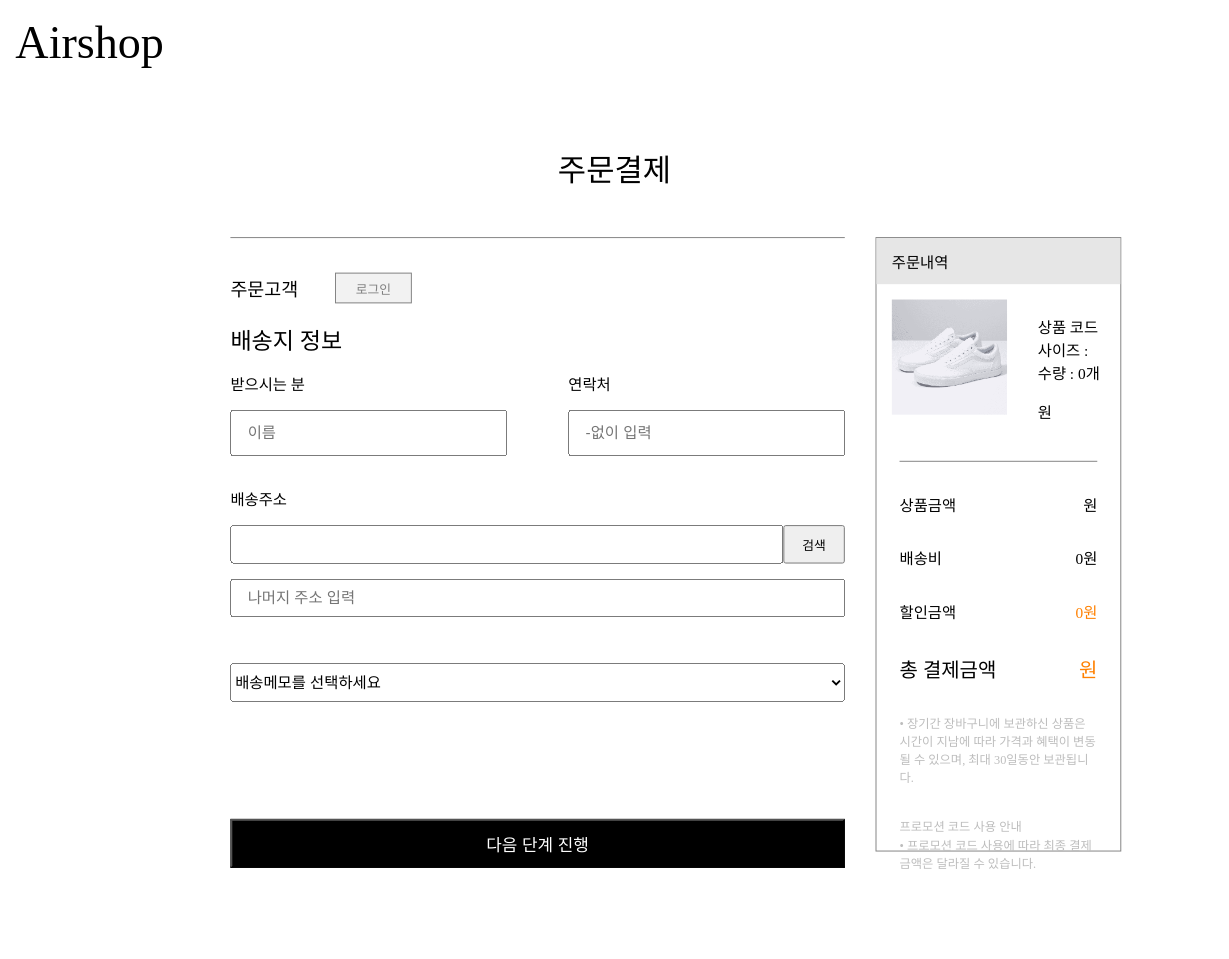
Repository: seungsu12/carrot
Page: http://localhost/carrot/orderform.jsp
These files come from the project's save history. The page is drawn as it stood at one moment and after the next save; the edit follows.
The browser window is 1280 px wide. The pictures show the whole page, at 96% of full size.
The page is served by Tomcat 9. Other server files are loaded and not shown. Queries for data that is not in the repository find no rows.

Above is the page before, as saved 2021-10-03 06:20:46.

### carrot/WebContent/orderform.jsp
<%@page import="com.carrot.beans.ShoesVO"%>
<%@page import="com.carrot.beans.ShoesDAO"%>
<%@page import="com.carrot.beans.orderVO"%>
<%@ page language="java" contentType="text/html; charset=UTF-8"
    pageEncoding="UTF-8"%>
<%@ taglib prefix="fmt" uri="http://java.sun.com/jsp/jstl/fmt" %>

<!DOCTYPE html>
<html>
<head>
<meta charset="UTF-8">
<title>주문하기</title>
<link href="css/style.css?v=2" rel="stylesheet" type="text/css" />
<style>

</style>
	<jsp:useBean id="orderVO" class="com.carrot.beans.orderVO"/>
	<jsp:setProperty property="*" name="orderVO"/>
</head>
	<script>
		function test(){
			alert('test');
		}
	</script>
<%
	ShoesDAO dao = ShoesDAO.getInstance();
	ShoesVO vo = dao.getShoesOne(orderVO.getShoes_id()+"");
	System.out.println("count : " + orderVO.getCount());
	System.out.println("size : " +orderVO.getSize());
	request.setAttribute("shoesVO", vo);
%>
<body>
	<div class="nav_title">
		<div class ="nav_title_logo">
			<a href="main.jsp">Airshop</a>
		</div>
	</div>
	<div class="order_form_wrapper">
		<div class="order_title center">
			<span>주문결제</span>
		</div>
		<div class="order_form">
			<div class="order_main order_main_content">

				<div class="order_main_title order_main_content">
					<span>주문고객</span>
					<button class="order_main_login">로그인</button>
				</div>
				<div class="order_form_content">
					<jsp:include page="order_form_second.jsp"/>
				</div>
			</div>

			<div class="order_aside">
				<div class="order_aside_title">
					주문내역
				</div>
				<div class="order_aside_content">
					<div class="order_aside_content_img">
						<img src="img/shoe_1.png">
					</div>
					<div class="order_aside_content_text">
						<div class="order_aside_content_text_title">${shoesVO.name }</div>
						<div class="order_aside_content_text_code">상품 코드</div>
						<div class="order_aside_content_text_size">사이즈 : ${orderVO.size }</div>
						<div class="order_aside_content_text_count">수량 :  ${orderVO.count }개</div>
						<div class="order_aisde_content_text_price">${shoesVO.price }원</div>
					</div>
				</div>
				<div class="order_aside_bottom">

						<div class="order_aside_bottom_content">

							<div>상품금액</div>
							<div><fmt:formatNumber type="number" value="${shoesVO.price}"/>원</div>
						</div>
						<div class="order_aside_bottom_content">

							<div>배송비</div>
							<div>0원</div>
						</div>
						<div class="order_aside_bottom_content">

							<div>할인금액</div>
							<div class="order_aside_bottom_content_price">0원</div>
						</div>

						<div class="order_aside_bottom_content order_aside_bottom_content2">
							<div>총 결제금액</div>
							<div class="order_aside_bottom_content_price"><fmt:formatNumber type="number" value="${shoesVO.price}"/>원</div>
						</div>
						<div class="order_aside_bottom_text_wrapper">
							<p class="order_aside_bottom_text">
								• 장기간 장바구니에 보관하신 상품은 시간이 지남에 따라 가격과 혜택이 변동 될 수 있으며, 최대 30일동안 보관됩니다.
							</p>
						</div>
						<div class="order_aside_bottom_text_wrapper">
							<p >
								프로모션 코드 사용 안내</p>
							<p class="order_aside_bottom_text">	• 프로모션 코드 사용에 따라 최종 결제 금액은 달라질 수 있습니다.
							</p>
						</div>

				</div>
			</div>
		</div>


	</div>
	<script src="//t1.daumcdn.net/mapjsapi/bundle/postcode/prod/postcode.v2.js"></script>
	<script>
		// submit button on off 함수
		const submit_button = document.querySelector(".order_submit_button");
		const button_event = document.getElementById("button_event");
		const checkbox = document.getElementById('order_checkbox');





		function check_email(){
			const input = document.querySelector('.order_email');
			const text = document.querySelector('.order_email_inform_text');
		    let regExp = /^[0-9a-zA-Z]([-_.]?[0-9a-zA-Z])*@[0-9a-zA-Z]([-_.]?[0-9a-zA-Z])*.[a-zA-Z]{2,3}$/i;

		     if (regExp.test(input.value)){
		    	 text.innerHTML='';
				return true;
			}
		     else if(input.value == ''){
		    	 text.innerHTML = '필수입력 항목입니다';
		    	 return false;
		     }

			 else{
				 text.innerHTML='이메일 형식이 아닙니다.';
				 return false;
			 }
		}
		function check_pnum(){
			console.log("check_pnum 실행");
			const input = document.getElementById('order_phone');
			const text = document.querySelector('.order_phone_inform_text');

			if(input.value == ''){
				text.innerHTML = '필수입력 항목입니다';
			}
			else{
				text.innerHTML ='';
				return true;
			}
		}

		/* button_event.addEventListener('click',check_pnum);
		button_event.addEventListener('click',check_email); */


	</script>
</body>
</html>

### carrot/WebContent/order_form_second.jsp
<%@ page language="java" contentType="text/html; charset=UTF-8"
    pageEncoding="UTF-8"%>
<!DOCTYPE html>
<html>
<style>

	.deliver_title{
		margin: 1rem 0 1rem 0;
    	font-size: 1.5rem;
	}
	.deliver_content_first{
		display :flex;
		justify-content : space-between;
		margin-bottom :1rem;
	}
	.deliver_content_first input{
		width: 100%;
		height: 3rem;
		font-size : 1rem;
		padding : 1rem;
		margin-top :1rem;
		margin-bottom : 1rem;
	}
	.deliver_content_addr{
		display:flex;
		margin-top : 1rem;
		margin-bottom :1rem;
	}
	.deliver_content_addr input{
		height: 2.5rem;
    	width: 90%;
	}
	.deliver_content_addr button{
		height: 2.5rem;
		width : 10%;
	}
	.deliver_content_firstblock{
		width :45%;
	}
	.deliver_content_firstblock div{
		width :100%;
	}

	.deliver_extra_addr_wrapper{
		width :100%;
	}
	.deliver_extra_addr_wrapper input{
		width: 100%;
		height: 2.5rem;
    	font-size: 1rem;
    	padding: 1rem;
	}
	.addr_option_wrapper{
		padding-top :2rem;
		width:100%;
		margin : 1rem 0 1rem 0;
	}
	.addr_option_wrapper select{
		width: 100%;
		height: 2.5rem;
    	font-size: 1rem;
    	margin-bottom :1rem;

	}
	#hide_input{
		display : none;
		margin-top : 1rem;
		width: 100%;
		height: 2.5rem;
    	font-size: 1rem;
    	padding: 1rem;
	}
	.order_form_second_button{
		font-size : 1.1rem;
		position : relative;
		top : 5.6rem;
		width : 100%;
		height : 3.2rem;
		background : black;
		color : white;
		text-align : center;

	}
</style>



	<div class="order_form_second_wrapper">
		<div class="deliver_title">
			배송지 정보
		</div>
		<div class="deliver_content_first">
			<div class="deliver_content_firstblock">
				<span>받으시는 분</span>
				<div >
					<input type="text" placeholder="이름">
				</div>
			</div>
			<div class="deliver_content_firstblock">
				<span>연락처</span>
				<div>
					<input type="text" placeholder="-없이 입력">
				</div>
			</div>

		</div>
		<div class="deliver_content_second">
			<span>배송주소</span>
			<div class="deliver_content_addr">
				<input type="text" id="order_address">
				<button onclick="sample4_execDaumPostcode()">검색</button>
			</div>
		</div>
		<div class="deliver_extra_addr_wrapper">
			<input type="text" id="detail_delivery" placeholder="나머지 주소 입력">
		</div>

		<div class="addr_option_wrapper">
			<select name="" id="direct_input_button" onchange='direct_input_event(this.value)'>
				<option value="" selected disabled>배송메모를 선택하세요</option>
				<option value="contact">배송시 연락 부탁드립니다.</option>
				<option value="door">문 앞에두어주세요</option>
				<option  id="" value="direct">직접입력</option>

			</select>
			<input type="text" id="hide_input" placeholder="배송메모를 입력하여 주세요.">
		</div>
		<div class="long">
			<button class="order_form_second_button">다음 단계 진행</button>
		</div>

	</div>
	<script>
	const direct_input_button = document.getElementById('direct_input_button');
	const hide_input = document.getElementById('hide_input');

	function direct_input_event(value){
		if(value == 'direct'){

			hide_input.style.display = 'block';
		}
		else{
			hide_input.style.display = 'none';
			hide_input.innerHTML ='';
		}
	}
	function sample4_execDaumPostcode() {
        new daum.Postcode({
            oncomplete: function(data) {

                var roadAddr = data.roadAddress; // 도로명 주소 변수
                document.getElementById("order_address").value = roadAddr;

            }
        }).open();
    }
	</script>
</html>

### carrot/src/com/carrot/beans/orderVO.java
package com.carrot.beans;

public class orderVO {

		private int member_id;
		private int shoes_id;
		private String size;
		private int count;

		public int getCount() {
			return count;
		}
		public void setCount(int count) {
			this.count = count;
		}
		public int getMember_id() {
			return member_id;
		}
		public void setMember_id(int member_id) {
			this.member_id = member_id;
		}
		public int getShoes_id() {
			return shoes_id;
		}
		public void setShoes_id(int shoes_id) {
			this.shoes_id = shoes_id;
		}
		public String getSize() {
			return size;
		}
		public void setSize(String size) {
			this.size = size;
		}


}

### carrot/src/com/carrot/beans/ShoesVO.java
package com.carrot.beans;

public class ShoesVO {
	private int shoes_id;
	private String name;
	private String price;
	private String img;
	private String type;

	public int getShoes_id() {
		return shoes_id;
	}
	public void setShoes_id(int shoes_id) {
		this.shoes_id = shoes_id;
	}
	public String getName() {
		return name;
	}
	public void setName(String name) {
		this.name = name;
	}
	public String getPrice() {
		return price;
	}
	public void setPrice(String price) {
		this.price = price;
	}
	public String getImg() {
		return img;
	}
	public void setImg(String img) {
		this.img = img;
	}
	public String getType() {
		return type;
	}
	public void setType(String type) {
		this.type = type;
	}

}

### carrot/src/jsp/util/DBConnection.java
package jsp.util;

import java.sql.Connection;
import java.sql.SQLException;
import javax.naming.Context;
import javax.naming.InitialContext;
import javax.naming.NamingException;
import javax.sql.DataSource;


// 커넥션을 얻어오는 클래스 - JNDI
public class DBConnection {

	public static Connection getConnection() throws SQLException,NamingException,ClassNotFoundException{

			Context initCtx = new InitialContext();

			//initCtx 의 looku메서드를 이요해서 "java:comp/env에 해당하는
			Context envCtx = (Context)initCtx.lookup("java:comp/env");

			//envCtx의 lookup메서드를 이요해서 "jdbc/oralce"에 해당하는 객체를 찾아 ds에 삽입
			DataSource ds = (DataSource) envCtx.lookup("jdbc/orcl");

			//getConnection메서드를 이용해서 커넥션 풀로 부터 커낵션 개체를 얻어내어 conn변수 저장
			Connection conn = ds.getConnection();
			return conn;
	}
}

### carrot/WebContent/css/style.css
@import "header.css";

@import "home.css";

@import "footer.css";

@import "signup.css";

@import "login.css";

@import "shoes.css";

@import "orderform.css";

.center{
	display:flex;
	justify-content :center;
	flex-direction : column;
	align-items : center;
}
*{
	margin:0;
	padding:0;
	box-sizing :border-box;
}

### carrot/WebContent/css/header.css
#header_wrap{
	margin : 0 auto 0 auto;
	height: 120px;
	display :grid;
	grid-template-columns: 0.6fr minmax(495px, 20%) minmax(495px,40%) minmax(450px ,27%) 0.6fr;
	grid-template-rows : 1fr 2fr ;


}
a{
	text-decoration: none;
}

 .header_item:nth-child(1){
	grid-column :1/2;
	grid-row :1/3;
	border :none;
	border-right: 1px solid grey;
}

.header_item:nth-child(2) a{
	height: 80px;
	text-decoration :none;
	border-bottom: 1px solid grey;
}
.header_item:nth-child(3){

	border-left: 1px solid grey;
	border-right: 1px solid grey;
}
.header_item:nth-child(4) div{
	position : relative;
	top:8px;
	left : 10px;

}
.header_item:nth-child(4) ul li{
	margin-right:40px;
	display:inline-block;
	text-decoration : none
}
.header_item:nth-child(4) ul li a{
	text-decoration : none;
	color : black;
	font-size:1.1em;
	margin-right: 5px

}
.header_item:nth-child(4) ul li a:hover{
	color : blue;
}
.header_item:nth-child(5){
	grid-row:1/3;
	grid-column: 5/6;
	border:none;
	border-left: 1px solid grey;
	font-family: 'Odibee Sans', cursive;
}

.header_item:nth-child(6) {
	text-decoration : none;
    color: unset;
 	grid-column:2/4;
 	grid-row:2/3;
 	border-top: solid 1px grey;
  	border-bottom: solid 1px grey;
}
.header_item:nth-child(6) a{
	text-decoration :none;
	font-size: 48px;
	position:relative;
	left : 35px;
	top: 10px;
	color: black;

}
.header_item:nth-child(7){
	border-top:1px solid grey;
	border-bottom: 1px solid grey;
	font-family: 'Odibee Sans', cursive;
}
/* .header_item:nth-child(7) ul li{
	display :inline-block;
}	 */

.header_item:nth-child(7) ul li a {
	text-decoration : none;
	color : black;
	font-size : 1.5em;
}

.header_item:nth-child(7) ul li a:hover {
	color :blue;
}
.header_item:nth-child(7) ul ul{
	display : none;
	position: absolute;
	line-height:62px;

}

.header_item:nth-child(7) ul ul li{
	float:none;

}
.header_item:nth-child(7) ul li:hover ul{
	display :block;
}

.sub_menu li a{
	font-size:1.5em;
}

.header_navybar {
	margin-right : 55px;
	position:relative;
	top : 24px;
	display: inline-block;
}
.sub_menu{
	width:108px;
	margin-top:28px;
	background : beige;
}
.sub_menu li{
	display : flex;
	justify-content : center;
}
#input_wrapper{
	display :flex;
	height:40px;
	border:none;
}

#header_input{
	width: 85%;
	margin-right: 10px;
	margin-left : 10px;
	border:none;
	height: 20px;
	position: relative;
	top : 10px;


}
#header_submit{
	border : none;
	border-radius: 0.9em;
	width:9%;
	background: white;
	font-size: 0.4em;
	font-size : 0.9em;

}
#header_submit:hover{
	background: grey;

}
.header_item:nth-child(3):hover{
	background : #CEC9C9;
}

### carrot/WebContent/css/home.css


#title{
	font-size : 1px;

}

#h1{
	border : 1px solid black;
}

#join_top{
	display: float;
	margin:0;
	text-align:center;
	height : 80px;
}

#mid{

	margin : 0 auto 0 auto;
	max-width:1000px;

}


.main{

	margin : 0 auto 0 auto;

	display : flex;
	align-items : center;
	justify-content : center;




}
.main_img{
	width : 1220px;
	height: 720px;

}
.main_text{
	font-size: 3.7em;

	position: relative;
	bottom : 180px;
	font-family : fantasy;


}
.main_wrapper{
	width: 1600px;
	height: 800px;
	display: flex;
	align-items: center;
	justify-content : space-between
}

### carrot/WebContent/css/footer.css
.footer_wrapper{
	background : #e2e4e0;
	height:360px;
 	margin : 0 auto 0 auto;
 	display : grid;
	grid-template-columns :  1fr 2fr 1fr 1fr 1fr 1fr 1fr 1fr;
	grid-template-rows : 0.5fr 1fr 4fr
}


.footer_wrapper div:nth-child(1){
	grid-column : 1/2;
	grid-row: 1/4;
}
.footer_wrapper div:nth-child(2){
	grid-column : 2/8;
}
.footer_wrapper div:nth-child(3){

	grid-column: 8/9;
    grid-row: 1/4;
}

.footer_header{
	grid-row:2/3;
	grid-column : 2/8;
	height: fit-content;

	display :grid;
	grid-template-columns : 5fr 2fr;
	grid-template-rows: 1fr;
}

.footer_icon{
	width: 100%;
	display: flex;
	justify-content: space-evenly;
	align-items: center;

}
.footer_icon i {
	font-size : 40px;
}


.logo {
	height: 100px;
	width: 100px;
}
.footer_itmes div{
	text-align: center;

}

.footer_items_list ul li{
	list-style : none;
	padding: none;
	line-height: 23px;
}
.footer_items_list ul li a{
	text-decoration: none;
	color : black;
}

.footer_items_title{
	font-weight: bold;
	font-size: 1.1em
}
.footer_icon_img img{
	border-radius : 50% 50%;
}

### carrot/WebContent/css/signup.css
#sign_pwd2{
	font-size:14px;
}
.sign_title a{
	text-decoration : none;
	color : black;
}
.sign_wrapper{

	width: 60%;
	margin : 50px auto 0 auto;
	display : flex;
	flex-direction:column;
	align-items: center;


}
.sign_title{

	margin : 25px auto 20px auto;
}
.sign_title a{
	font-size: 69px;

}


.sign_box {
	min-width:560px;
	display: flex;
	flex-direction:column;
}
.sign_box2{
	min-width:560px;
	display: flex;
	flex-direction:column;
}
.sign_box2 input{
	width :165px;
	height: 45px;
	padding :4px;
	font-size :16px;
}

.sign_box input{
    margin: 5px 0 10px 0;
    height: 45px;
    font-size:22px;
    padding: 4px;
}

#sign_gender {
	margin : 5px 0 10px 0;
	font-size: 16px;
	height :45px;
}
.singup_body{
	background: #F2F2F2;
}
.sign_birth_wrapper{
	display: flex;
	justify-content: space-between;

}
#sign_month{
	width: 165px;
	font-size : 16px;

}
#sign_submit{
	background : #FAAC58;
	margin-top : 30px;
	box-shadow : 10px 5px 5px grey;
}

#sign_submit :hover{
	background :#F8ECE0;
}

### carrot/WebContent/css/login.css

.login_title a{
	text-decoration : none;
	color : black;
}
.login_wrapper{
	display: flex;
	flex-direction : column;
	align-items: center;
	margin : 0 auto 0 auto;

}
.login_title{
	font-size :68px;
	margin : 100px 0 60px 0;
}
.login_box {
	margin-bottom : 10px;
	width: 420px;
}
.login_box input{
	width: 420px;
	padding:5px;
	height : 45px;
	font-size : 18px;

}
.login_hr {
	margin_top : 5px;
}
.login_list{
	display: flex;
    width: 300px;
    align-items: center;
    flex-direction: column;
}
.login_list a {
	text-decoration :none;
	color : grey;
	font-size : 13px;
}
.login_list div span{
	content : "|";
}
.login_hr{
 	margin-top : 20px;
}
.login_list div{
	display :felx;
	justify-content : space-between;
}

### carrot/WebContent/css/shoes.css
.shoes_image_wrapper{

	display:flex;
	flex-direction:column;
	align-items:center;
	padding-top : 4em;
}
.shoes_info{
	display :flex;
	flex-direction : column;
	min-width: 450px;
}
.shoes_wrapper{
	display :grid;
	grid-template-columns :3fr 1.5fr;
	width:78%;
	margin-top :2em;
}
.shoes_title{
	display :flex;
	justify-content: space-between;
}
.shoes_size_list{
	display: grid;
	grid-template-columns: 1fr 1fr 1fr 1fr 1fr;
	grid-row-gap : 0.4em;
	grid-column-gap : 0.3em;
	width : 80%;
	margin : 0 auto 0 auto;

}
.shoes_size{
 border : 1px solid grey;
 border-radius :0.2em;
 height : 40px;
}
.zerosize{
	background : #D8D8D8;
	opacity : 0.2;

}
.nonezerosize:hover{
	background:grey;
	color : white;
}
.shoes_name{
	font-size : 2em;
	margin : 1em 0 1em 0 ;
}
.shoes_size_title{
	margin-bottom :0.8em;
	font-weight : bold;
	font-size : 1.2em;
}
.shoes_count_wrapper{
	margin : 2.5em 0 1em 0;
}
.shoes_count_wrapper *{
	margin-right: 1em;
}
.shoes_count_wrapper button{
	background: white;
	border: none;
	}
.shoes_count_wrapper input{
	border :none;
	width: 3%;
}
/* input spin 제거 */
input::-webkit-outer-spin-button,
input::-webkit-inner-spin-button {
  -webkit-appearance: none;
  margin: 0;
}

/* Firefox */
input[type=number] {
  -moz-appearance: textfield;
}
#plus_icon{
	font-weight : 100;
}
#minus_icon{
	font-weight : 100;
}
.shoes_button_wrapper{
	margin-top :1.5em;

}
.shoes_buy_button{
	border :1px solid black;
	background :black;
	color:white;
	width : 400px;
	border-radius : 1em;
	height: 55px;
	font-size : 1.1em;
}
.shoes_buy_button:hover{
	background:white;
	color:black;

}
.shoes_button_wrapper2{
	display : flex;
	justify-content : space-between;
	margin-top :1em;
	width : 400px;
}
.shoes_etc_button{
	border : 1px solid black;
	border-radius : 1em;
	font-size : 1em;
	background : white;
	width : 180px;
	height: 45px;
}
.shoes_etc_button:hover{
	background :black;
	color : white;
}
.shoes_review_title{
	margin-bottom: 1.8em;
	display :flex;
	justify-content : space-between;
}
.shoes_review_title2{
	display:flex;
}
.shoes_review_write{
	margin-bottom: 1.5em;
}
.review_title{
	font-size : 1.8em;
}
.review_star{
	margin : 0.8em 0 0.8em 0;
}

.review_info_wrapper span{
	color : grey;
	font-size : 0.8em;
	margin-left : 1em;
}
 .review_img{
 	height: 200px;
 }
.review_content{
	margin : 1em 0 1em 0;
}
.review_img img{
	width: 40%;
	height :80%;
}
.shoes_review_hidden{
	display : none;
}
.star{
	width : 1rem;
}
shoes_review_list_wrapper{
	margin-top : 2rem;
}
.review_signup_wrapper{
	display : none;
    padding: 1rem;
    margin-bottom : 2rem;
    justify-content: center;
    flex-direction: column;
    align-items: center;
}
.review_word{
	margin-right: 1rem;
}

.review_signup_title{
	margin-bottom :1.5rem;

}
.review_signup_title input{

	width:22rem;
	height: 1.2rem;
}
.review_signup_star_wrapper{
	display :flex;
}
.review_signup_star_wrapper2{
	margin-left :0.4rem;
	width:22rem;
}
.review_signup_content textarea{
	resize :none;
	width: 22rem;
	height: 8rem;
}
.review_signup_content span{
	vertical-align : top;
}
.review_signup_img{
	margin-top : 1rem;
}
.review_signup_img > input{
	width: 22rem;
}
#review_button{
	margin-top : 2rem;
	background: beige;
    width: 7rem;
    height: 1.9rem;
    border-radius: 0.5rem;
}
#review_button:hover{
	background:lightslategray;
	color:white;
}

### carrot/WebContent/css/orderform.css
.order_form_wrapper{
	padding : 5rem;
}
.order_title{
	font-size : 2rem;
	height: 5rem;

}
.order_main{
	margin-top : 2rem;
	border-top : 1px solid grey;
	display : flex;
	flex-direction :column;
}
.order_form{
	padding-left:10rem;
	display: grid;
	grid-template-columns: 2fr 1fr;

}
.order_main_content{

	margin-top : 2rem;
}
.order_main_title{
	height : 2.5rem;
	display:flex;
	align-items : center;
}
.order_main_title span{
	font-size : 1.2rem;
	margin-right: 0.4rem;
}
.order_main_login{
	border : 1px solid grey;
	color : grey;
	background : #F2F2F2;
	width : 5rem;
	height: 2rem;
	margin-left : 2rem;
}
.order_main_input_wrapper{
	display : grid;
	grid-template-columns : 1fr 1fr;
}
.order_main_input{
	padding : 0.2em;
}

.order_main_input input{
	display: block;
	margin-top : 1rem;
	margin-bottom : 0.5rem;
	width: 80%;
    height: 2rem;
    padding: 1rem;
    font-size: 0.9rem;
}
.order_main_input span{
	margin-left : 0.5rem;
	color : red;
	font-size : 0.8rem;
}
.order_main_provision_title{
	display:flex;
	justify-content : space-between;
}
.order_main_provision p{
	margin-top :1rem;
	overflow : scroll;
	overflow-x : hidden;
	height :12rem;
	padding : 1rem;
	border : 1px solid grey;
}

.order_submit_wrapper button{
	width : 100%;
	height: 3rem;
	font-size : 1rem;
	border : none;
	border-radius : 0.4rem;
}
.order_aside_content{
	display : flex;
	padding : 1rem;
}
.order_aside_content_img img{
	width : 120px;
	height : 120px;

}
.order_aside{
	border : 1px solid grey;
	margin : 2rem;
	height: 40rem;
}
.order_aside_title{
	background: #E6E6E6;
    height: 3rem;
    display: flex;
    align-items: center;
    padding-left: 1rem;

}
.order_aside_content_text{
	margin-left :2rem;
}
.order_aside_content_text_title{
	margin-bottom: 1rem;
}
.order_aside_content_text_count{
	margin-bottom:1rem;
}

.order_submit_button_checked{
	background : orange;
	color : white;
}
.order_submit_button_checked:hover{
	background:#DF7401;
	color : white;
}
.order_submit_button{
	opacity : 0.6;
	pointer-events : none;
}
.order_aside_bottom{
	margin : 1.5rem;
	border-top : 1px solid gray;
}
.order_aside_bottom_content{
	display :flex;
	justify-content : space-between;
	margin-bottom : 2rem;
}
.order_aside_bottom_content:nth-child(1){
	margin-top : 2rem;
}
.order_aside_bottom_content2{
	font-size : 1.3rem;

}
.order_aside_bottom_content_price{
	color : #FF8000;
}
.order_aside_bottom_text_wrapper{
	margin-top : 2rem;
	color: #BDBDBD;
    font-size: 0.8rem;
}
.order_aside_bottom_text::first-letter{
	color : black;
}
.nav_title{
	position:relative;
	bottom: 1rem;
}
.nav_title_logo a{
	position : relative;
	top : 2rem;
	left :1rem;
	font-size: 3rem;
	text-decoration : none;
	color : black;
}

Loaded but not shown: carrot/WebContent/order_form_third.jsp (common file); carrot/src/com/carrot/beans/ShoesDAO.java (258 lines, source omitted)

After the next save:
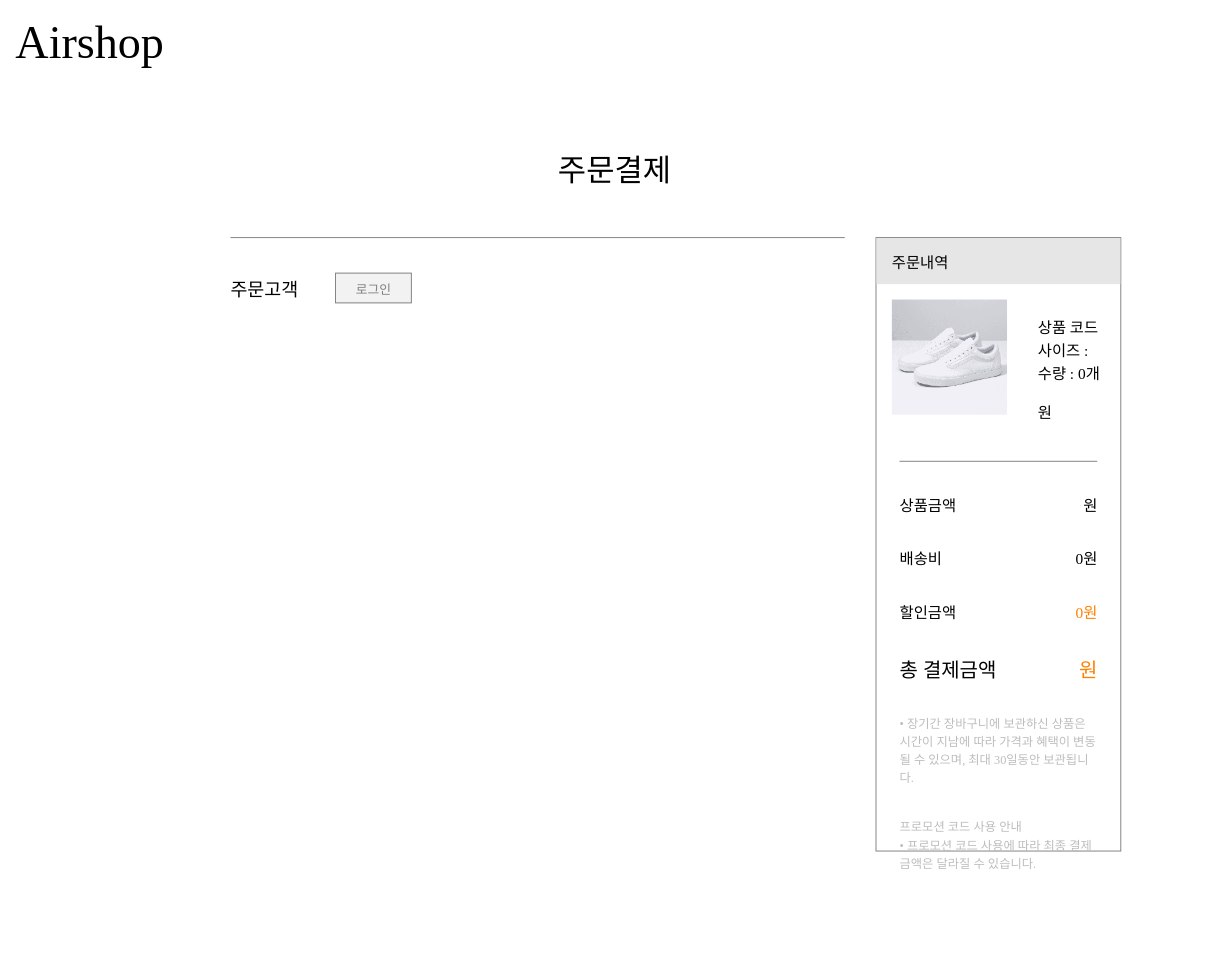
Saved 5 min 52 s later.
--- a/carrot/WebContent/orderform.jsp
+++ b/carrot/WebContent/orderform.jsp
@@ -47,7 +47,7 @@
 					<button class="order_main_login">로그인</button>
 				</div>
 				<div class="order_form_content">
-					<jsp:include page="order_form_second.jsp"/>
+					<jsp:include page="order_form_third.jsp"/>
 				</div>
 			</div>
 
